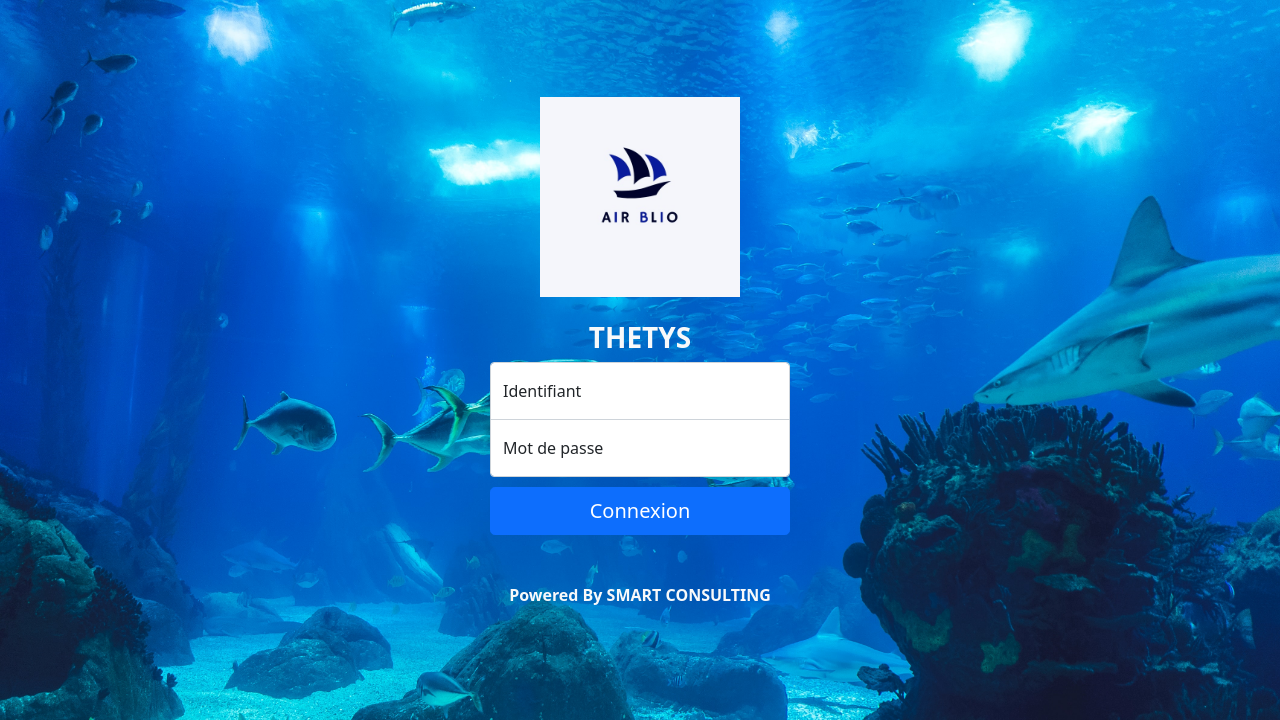
Repository: Elie-Dey/airblio
Page: index.html
The author's editor kept a copy of each file at every save. The page is drawn from the files as they stood at one save, then again after the next save.
The browser window is 1280 px wide. The pictures show the whole page.

Above is the page before, as saved 2022-04-02 02:49:44.

### index.html
<!DOCTYPE html>
<html lang="en">
  <head>
    <meta charset="utf-8" />
    <meta name="viewport" content="width=device-width, initial-scale=1" />
    <meta name="description" content="" />
    <meta
      name="author"
      content="Mark Otto, Jacob Thornton, and Bootstrap contributors"
    />
    <meta name="generator" content="Hugo 0.84.0" />
    <title>Signin Template · Bootstrap v5.0</title>

    <!-- <link
      rel="canonical"
      href="https://getbootstrap.com/docs/5.0/examples/sign-in/"
    /> -->

    <!-- Bootstrap core CSS -->
    <link
      href="https://cdn.jsdelivr.net/npm/bootstrap@5.1.3/dist/css/bootstrap.min.css"
      rel="stylesheet"
      integrity="sha384-1BmE4kWBq78iYhFldvKuhfTAU6auU8tT94WrHftjDbrCEXSU1oBoqyl2QvZ6jIW3"
      crossorigin="anonymous"
    />

    <style>
      .bd-placeholder-img {
        font-size: 1.125rem;
        text-anchor: middle;
        -webkit-user-select: none;
        -moz-user-select: none;
        user-select: none;
      }

      @media (min-width: 768px) {
        .bd-placeholder-img-lg {
          font-size: 3.5rem;
        }
      }
      body {
        background-image: url("images/indexBackground.jpg");
        height: 100vh;
      }
    </style>

    <!-- Custom styles for this template -->
    <link href="css/connexion.css" rel="stylesheet" />
  </head>
  <body class="text-center">
    <main class="form-signin">
      <form action="dashboard.html" method="">
        <img
          class="mb-4"
          src="images/logo.png"
          alt=""
          width="200"
          height="200"
        />
        <h1 class="h3 mb-2 fw-bold text-light">THETYS</h1>

        <div class="form-floating">
          <input
            type="email"
            class="form-control"
            id="floatingInput"
            placeholder="name@example.com"
          />
          <label for="floatingInput">Identifiant</label>
        </div>
        <div class="form-floating">
          <input
            type="password"
            class="form-control"
            id="floatingPassword"
            placeholder="Password"
          />
          <label for="floatingPassword">Mot de passe</label>
        </div>

        <button class="w-100 btn btn-lg btn-primary" type="submit">
          Connexion
        </button>

        <p class="mt-5 mb-3 text-light fw-bold">Powered By SMART CONSULTING</p>
      </form>
    </main>
  </body>
</html>

### css/connexion.css
html,
body {
  height: 100%;
}

body {
  display: flex;
  align-items: center;
  padding-top: 40px;
  padding-bottom: 40px;

  -webkit-background-size: cover;
  -moz-background-size: cover;
  background-size: cover;
  -o-background-size: cover;
}

.form-signin {
  width: 100%;
  max-width: 330px;
  padding: 15px;
  margin: auto;
}

.form-signin .checkbox {
  font-weight: 400;
}

.form-signin .form-floating:focus-within {
  z-index: 2;
}

.form-signin input[type="email"] {
  margin-bottom: -1px;
  border-bottom-right-radius: 0;
  border-bottom-left-radius: 0;
}

.form-signin input[type="password"] {
  margin-bottom: 10px;
  border-top-left-radius: 0;
  border-top-right-radius: 0;
}

After the next save:
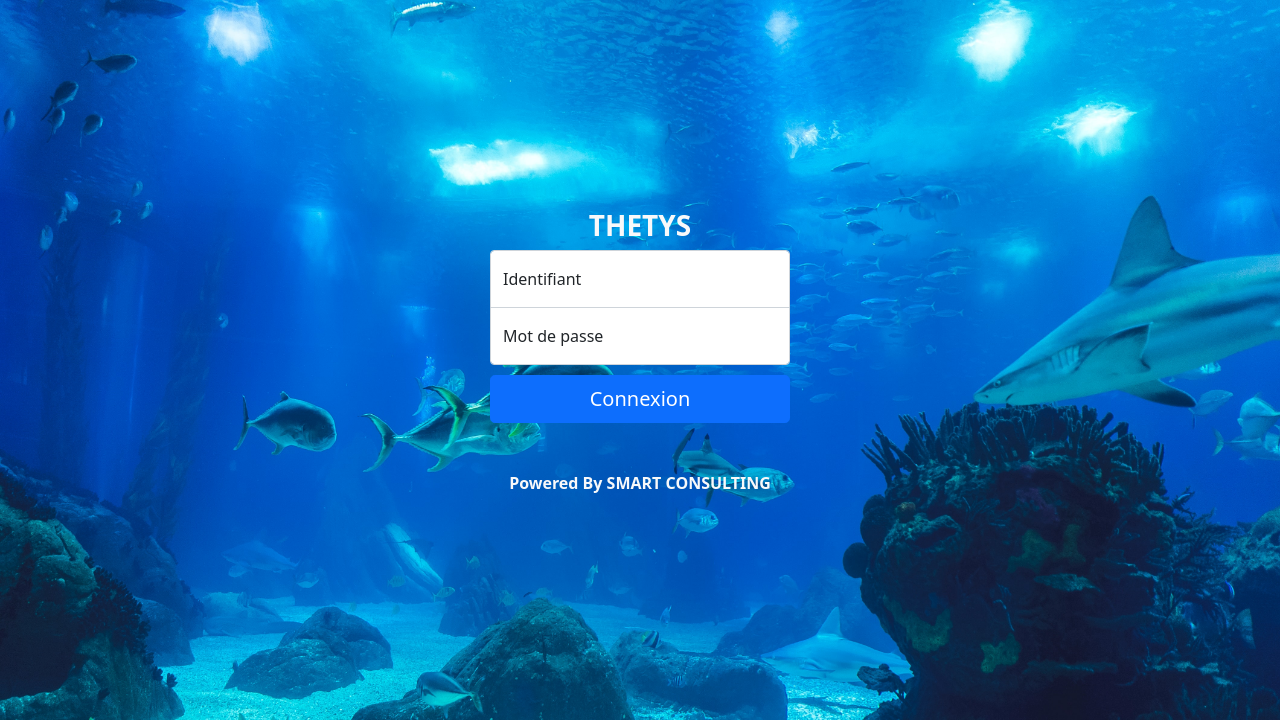
Saved 34 s later.
--- a/index.html
+++ b/index.html
@@ -50,13 +50,13 @@
   <body class="text-center">
     <main class="form-signin">
       <form action="dashboard.html" method="">
-        <img
+        <!-- <img
           class="mb-4"
           src="images/logo.png"
           alt=""
           width="200"
           height="200"
-        />
+        /> -->
         <h1 class="h3 mb-2 fw-bold text-light">THETYS</h1>
 
         <div class="form-floating">
